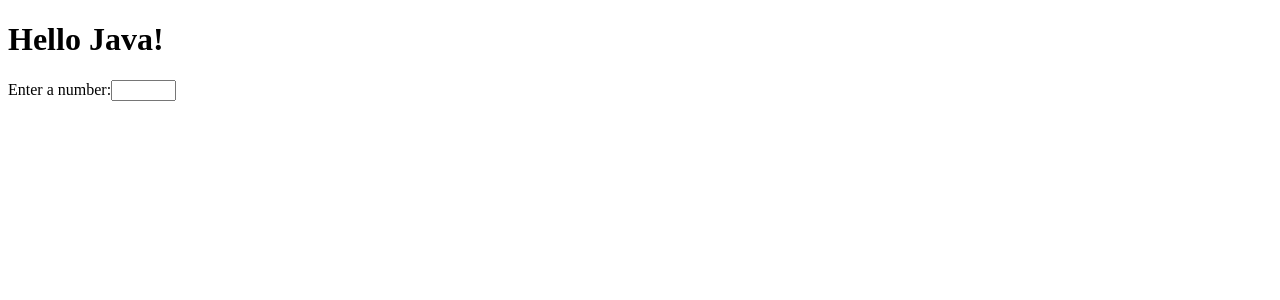
Repository: kparate446/WebApplication
Page: http://localhost/Program/
These files come from the project's save history. The page is drawn as it stood at one moment and after the next save; the edit follows.
The browser window is 1280 px wide. The pictures show the whole page.
The page is served by Tomcat 9.

Above is the page before, as saved 2020-02-13 05:27:56.

### Program/WebContent/index.jsp
<%@ page language="java" contentType="text/html; charset=UTF-8"
	pageEncoding="UTF-8"%>
<!DOCTYPE html>
<html>
<head>
<meta charset="UTF-8">
<title>Program</title>
</head>
<body>
	<h1>Hello Java!</h1>
	<form action="/helloServlet">
	Enter a number:<input type ="text"name="number" size="5"/>
	<input type="submit"value="Call Servlet/>

	</form>

</body>
</html>

After the next save:
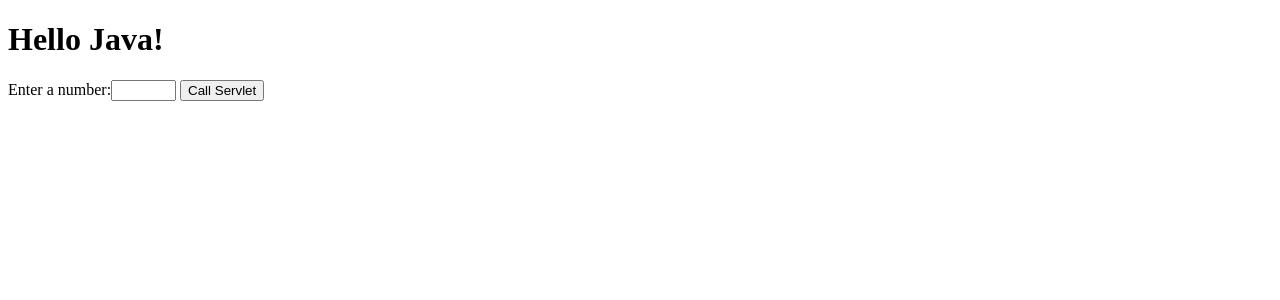
Saved 2 min 41 s later.
--- a/Program/WebContent/index.jsp
+++ b/Program/WebContent/index.jsp
@@ -10,7 +10,7 @@
 	<h1>Hello Java!</h1>
 	<form action="/helloServlet">
 	Enter a number:<input type ="text"name="number" size="5"/>
-	<input type="submit"value="Call Servlet/>
+	<input type="submit" value="Call Servlet">
 
 	</form>
 
